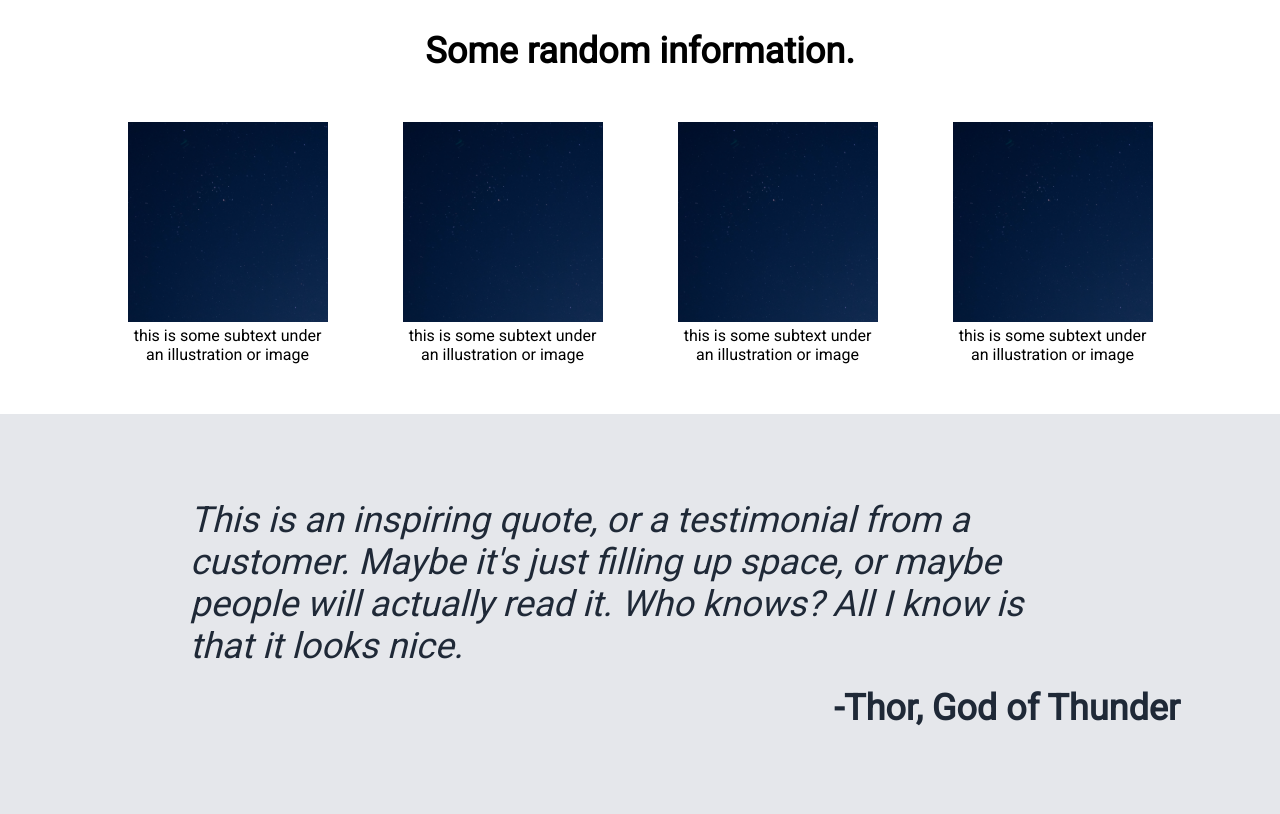
Repository: aaronestre/odin-landingpage
Page: index.html
These files come from the project's save history. The page is drawn as it stood at one moment and after the next save; the edit follows.
The browser window is 1280 px wide. The pictures show the part of the page from y = 570 to 1384 px (the page is 1384 px tall).
A picture or video elsewhere on the page could not be fetched, so the positions and the page height are approximate.

Above is the page before, as saved 2025-02-12 20:30:38.

After the next save:
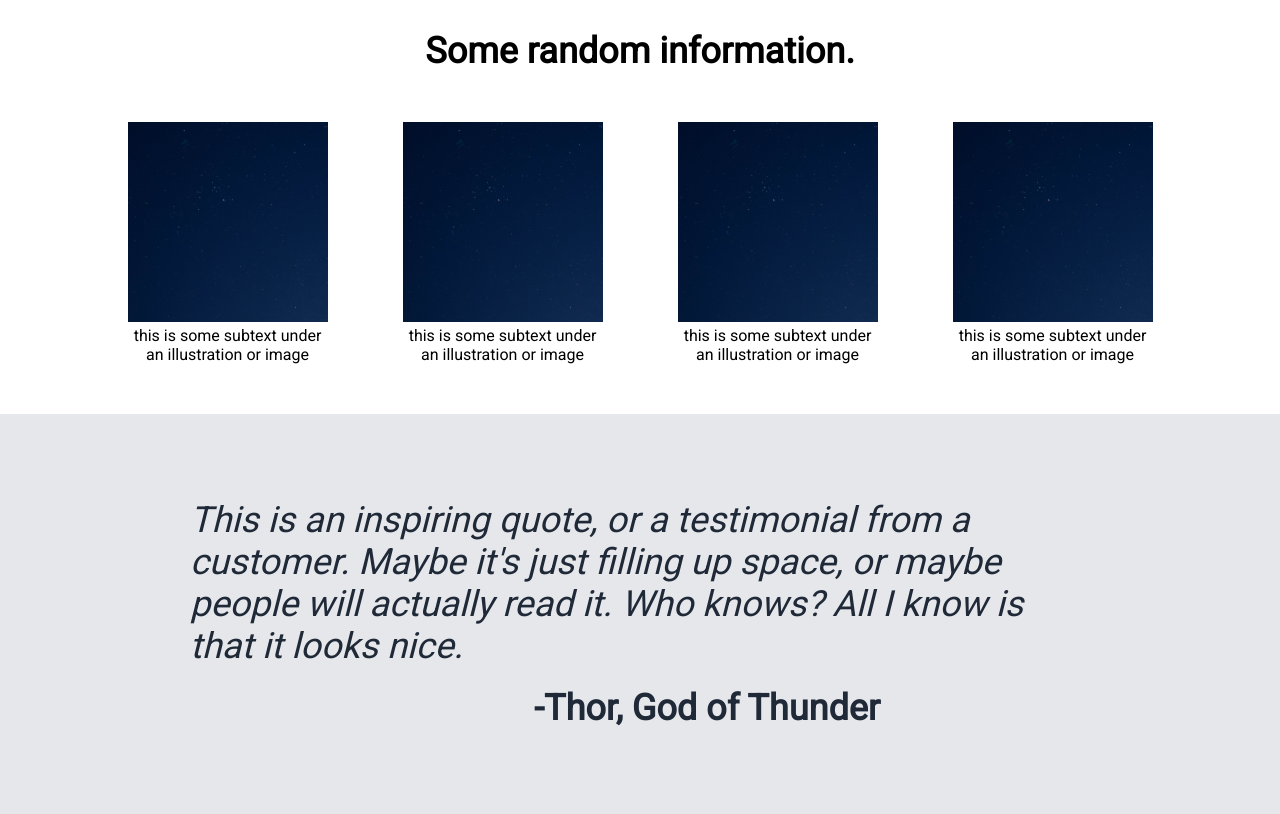
Saved 6 s later.
--- a/index.css
+++ b/index.css
@@ -120,5 +120,5 @@
 .quote-author {
     font-weight: bold;
     align-self: flex-end;
-    margin-right: 100px;
+    margin-right: 400px;
 }
